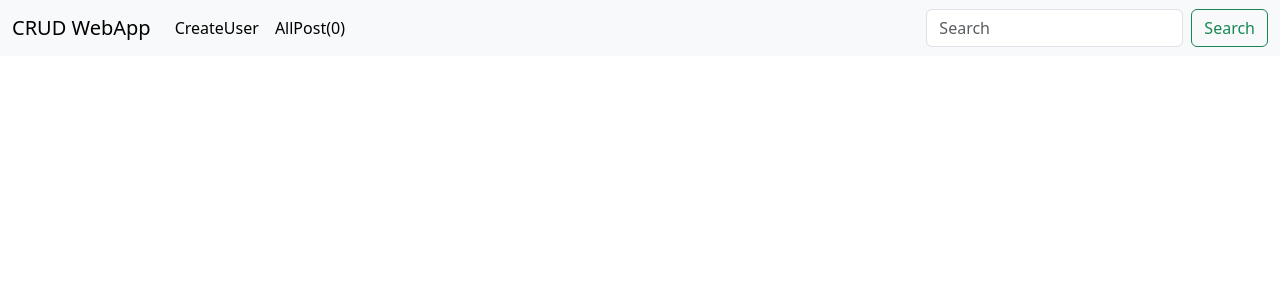
Repository: suraj-yadav7/createpost-redux
Page: /read
These files come from the project's save history. The page is drawn as it stood at one moment and after the next save; the edit follows.
The browser window is 1280 px wide. The pictures show the whole page.
The page's requests for data from a server got no answer. The project was rebuilt for these pictures with package versions that can differ from the ones it lists, and the page was loaded fresh each time. No one was signed in, and anything a server would have sent is missing. Also part of the build but not shown: vite.config.js, src/App.css, src/assets/viewuser.css, src/components/ViewUser.jsx, src/components/UpdateUser.jsx, src/components/CreateData.jsx, src/index.css.

Above is the page before, as saved 2023-05-22 10:16:20.

After the next save:
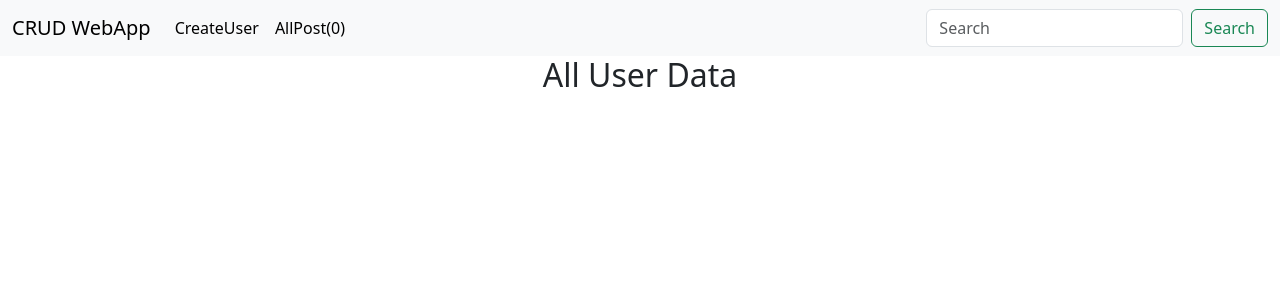
Saved 16 s later.
--- a/src/components/Read.jsx
+++ b/src/components/Read.jsx
@@ -30,6 +30,8 @@ const Read = () => {
         <>
        { showPop && <ViewUser id={id}  setShow={setShowPop}/> }
         <div >
+        <h2 style={{textAlign:"center"}}>All User Data</h2>
+
         {
              userData && userData.map((data)=>(
                 <div className="card w-50 mx-auto" key={data.id} >
